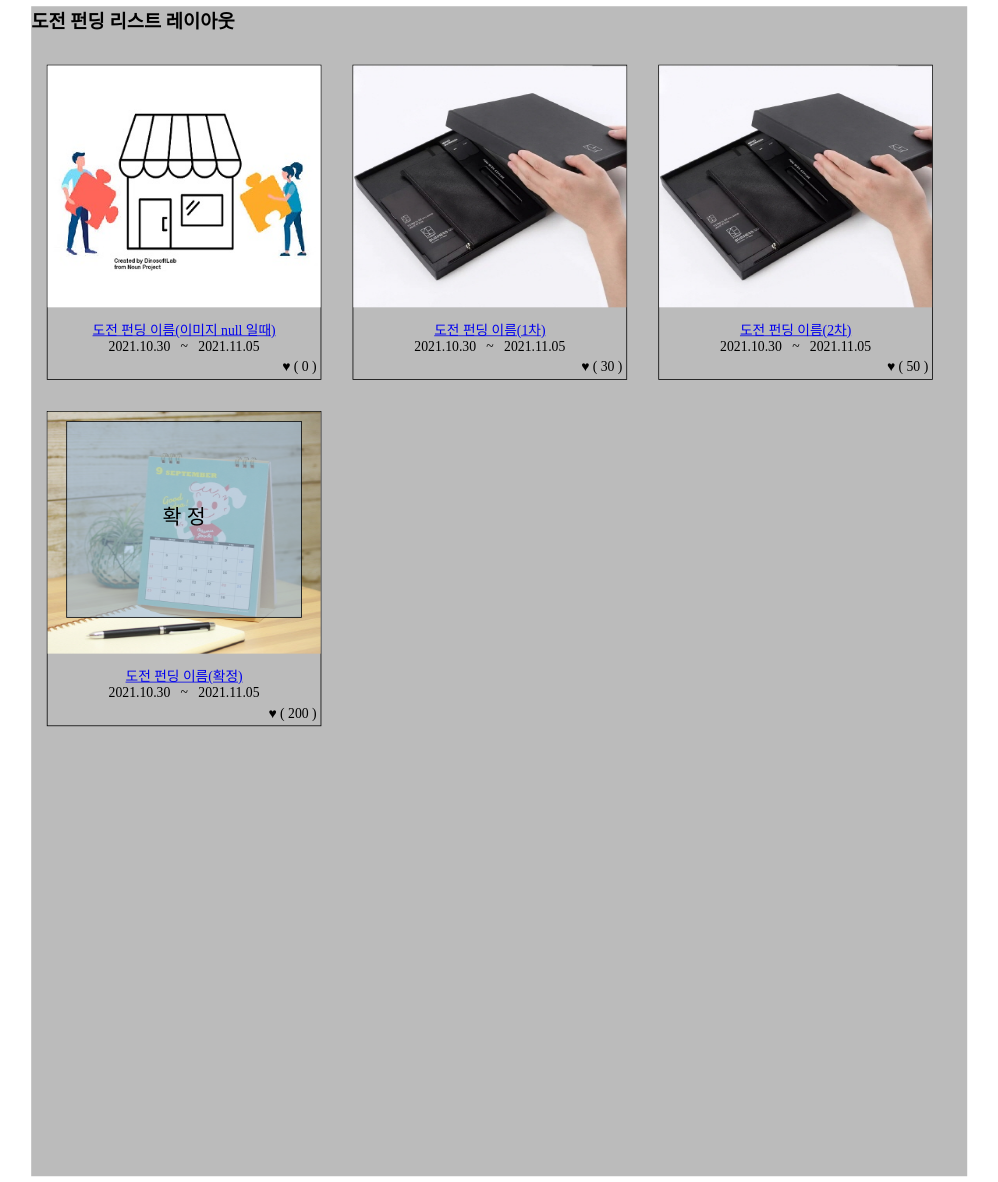
Repository: GroundPark/team6
Page: http://localhost/lefthand/page/product/chal_funding_list.jsp
An editor plug-in stored every save of this project. The page is shown before and after the next save, followed by the edit.
The browser window is 1280 px wide. The pictures show the whole page, at 78% of full size.
The page is served by Tomcat 9. Other server files are loaded and not shown.

Above is the page before, as saved 2021-11-20 18:06:55.

### lefthand/WebContent/page/product/chal_funding_list.jsp
<%@ page language="java" contentType="text/html; charset=UTF-8" pageEncoding="UTF-8"%>


<style>

.chal_funding_contents {
	width:1200px; height:1500px;  margin: 0 auto;
	background-color:#bbbbbb;

}

.chal_funding { position:relative; margin:20px; border:1px black solid; float:left; font-size:1.1em; }

.chal_period { text-align:center; }

.chal_like { float:right; padding:5px; }

.chal_ok {
	position:absolute;
	top:50%; left:50%;
	transform:translate(-50%, -75%);
	width:100px; height:50px; background-color:rgba(155, 183, 214, 0.6);
	z-index: 1;
	border:1px black solid;
	text-align:center;
	font-size:1.5em;
	padding:100px;
}
</style>


<div class="chal_funding_contents">
<h2>도전 펀딩 리스트 레이아웃</h2>
<div class="chal_funding">
	<a href="#"><img src="../challenge/img/chal_info_default.jpg" style="width:350px; height:310px; padding-bottom:15px;" /></a>
	<div style="text-align:center;"><a href="#">도전 펀딩 이름(이미지 null 일때)</a></div>
	<div class="chal_period"> &nbsp; 2021.10.30 &nbsp; ~ &nbsp; 2021.11.05 &nbsp; </div>
	<div class="chal_like"> ♥ ( 0 ) </div>
</div>

<div class="chal_funding">
	<a href="#"><img src="../challenge/userimg/thum_chal_info_2.jpg" style="width:350px; height:310px; padding-bottom:15px;" /></a>
	<div style="text-align:center;"><a href="#">도전 펀딩 이름(1차)</a></div>
	<div class="chal_period"> &nbsp; 2021.10.30 &nbsp; ~ &nbsp; 2021.11.05 &nbsp; </div>
	<div class="chal_like"> ♥ ( 30 ) </div>
</div>

<div class="chal_funding">
	<a href="#"><img src="../challenge/userimg/thum_chal_info_2.jpg" style="width:350px; height:310px; padding-bottom:15px;" /></a>
	<div style="text-align:center;"><a href="#">도전 펀딩 이름(2차)</a></div>
	<div class="chal_period"> &nbsp; 2021.10.30 &nbsp; ~ &nbsp; 2021.11.05 &nbsp; </div>
	<div class="chal_like"> ♥ ( 50 ) </div>
</div>

<div class="chal_funding">
	<a href="#"><img src="../challenge/userimg/thum_chal_info_1.jpg" style="width:350px; height:310px; padding-bottom:15px;" /></a>
	<div class="chal_ok"> 확 정 </div>
	<div style="text-align:center;"><a href="#">도전 펀딩 이름(확정)</a></div>
	<div class="chal_period"> &nbsp; 2021.10.30 &nbsp; ~ &nbsp; 2021.11.05 &nbsp; </div>
	<div class="chal_like"> ♥ ( 200 ) </div>
</div>



</div>

After the next save:
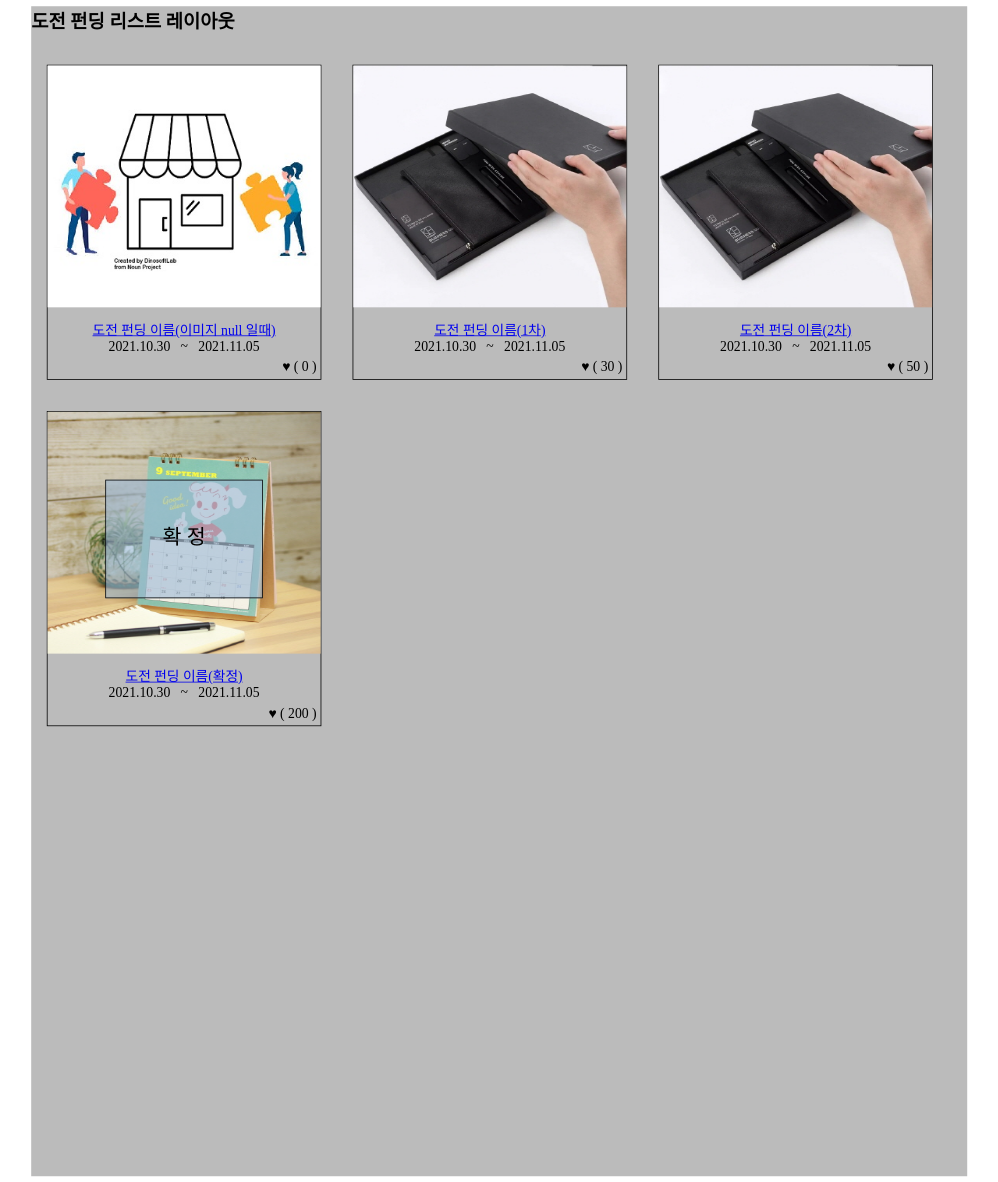
Saved 9 s later.
--- a/lefthand/WebContent/page/product/chal_funding_list.jsp
+++ b/lefthand/WebContent/page/product/chal_funding_list.jsp
@@ -24,7 +24,7 @@
 	border:1px black solid;
 	text-align:center;
 	font-size:1.5em;
-	padding:100px;
+	padding:50px;
 }
 </style>
 
